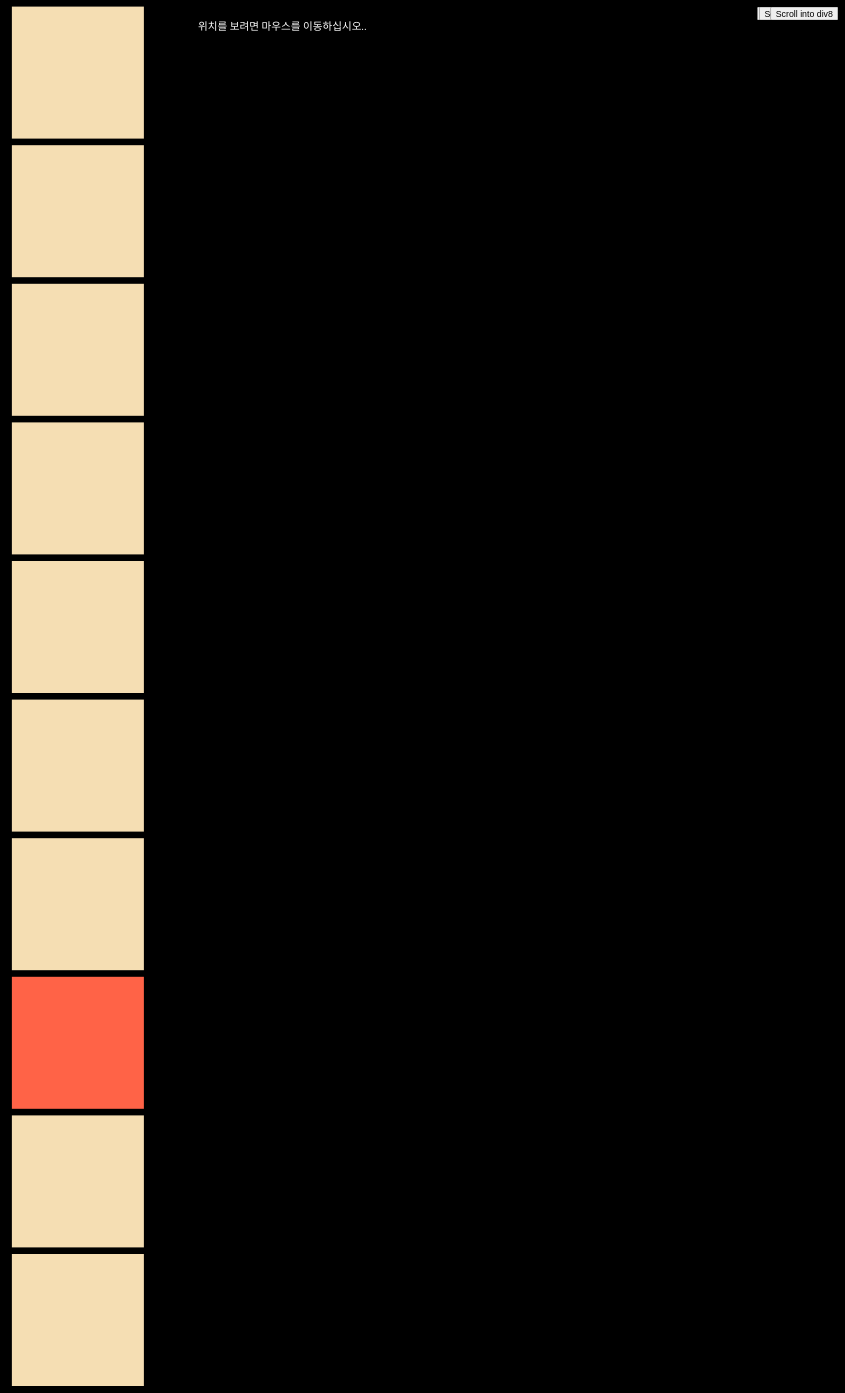
Repository: GoodHoneyCake/Dream_Coding_Academy5
Page: browser/chap1/window_coordinate.html
An editor plug-in stored every save of this project. The page is shown before and after the next save, followed by the edit.
The browser window is 1280 px wide. The pictures show the whole page, at 66% of full size.

Above is the page before, as saved 2021-01-28 13:52:23.

After the next save:
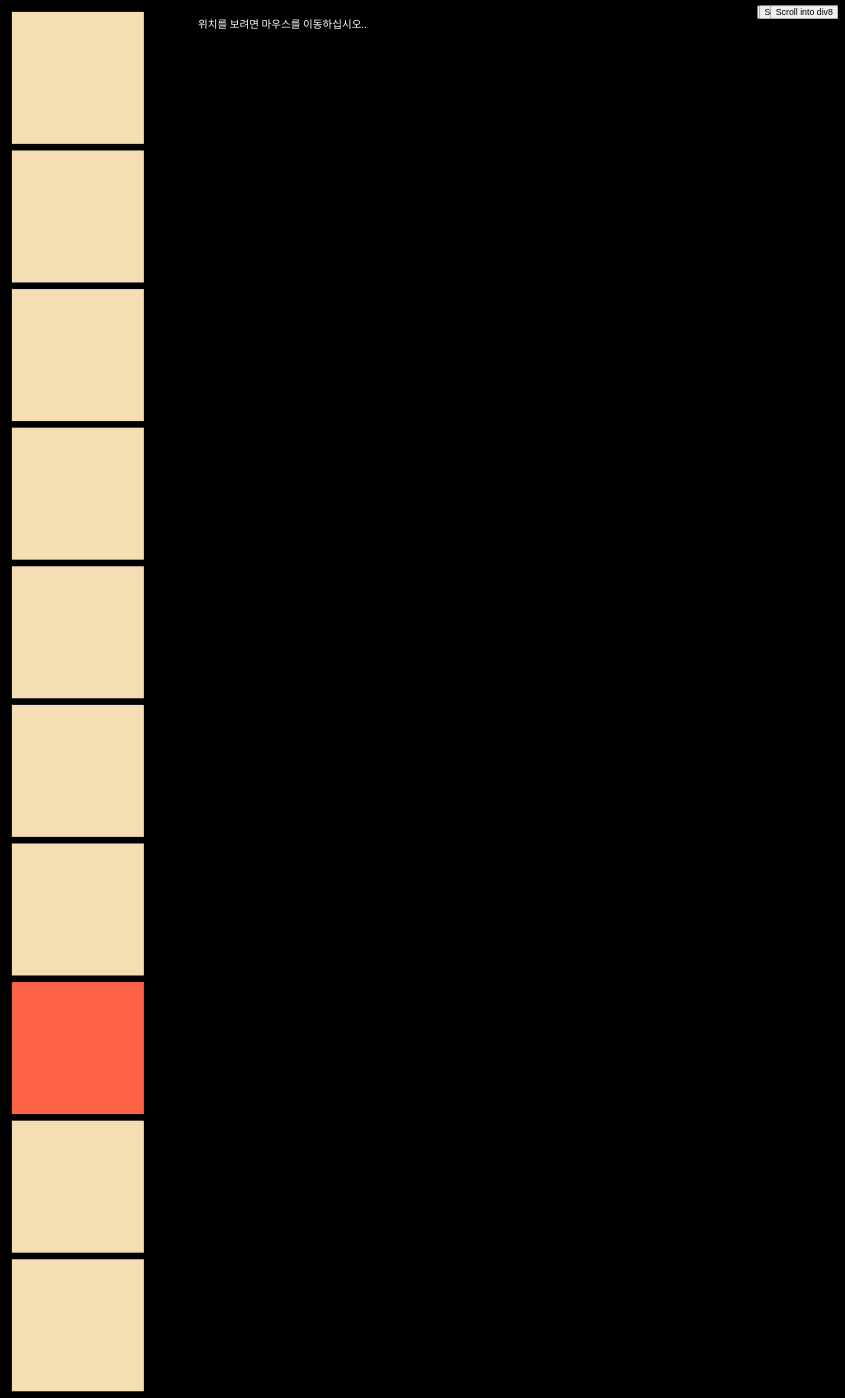
Saved 9 s later.
--- a/browser/chap1/window_coordinate.html
+++ b/browser/chap1/window_coordinate.html
@@ -9,6 +9,10 @@
     body {
       background-color: black;
       color: white;
+    }
+    section {
+      display: flex;
+      justify-content: center;
     }
     button {
       position: fixed;
